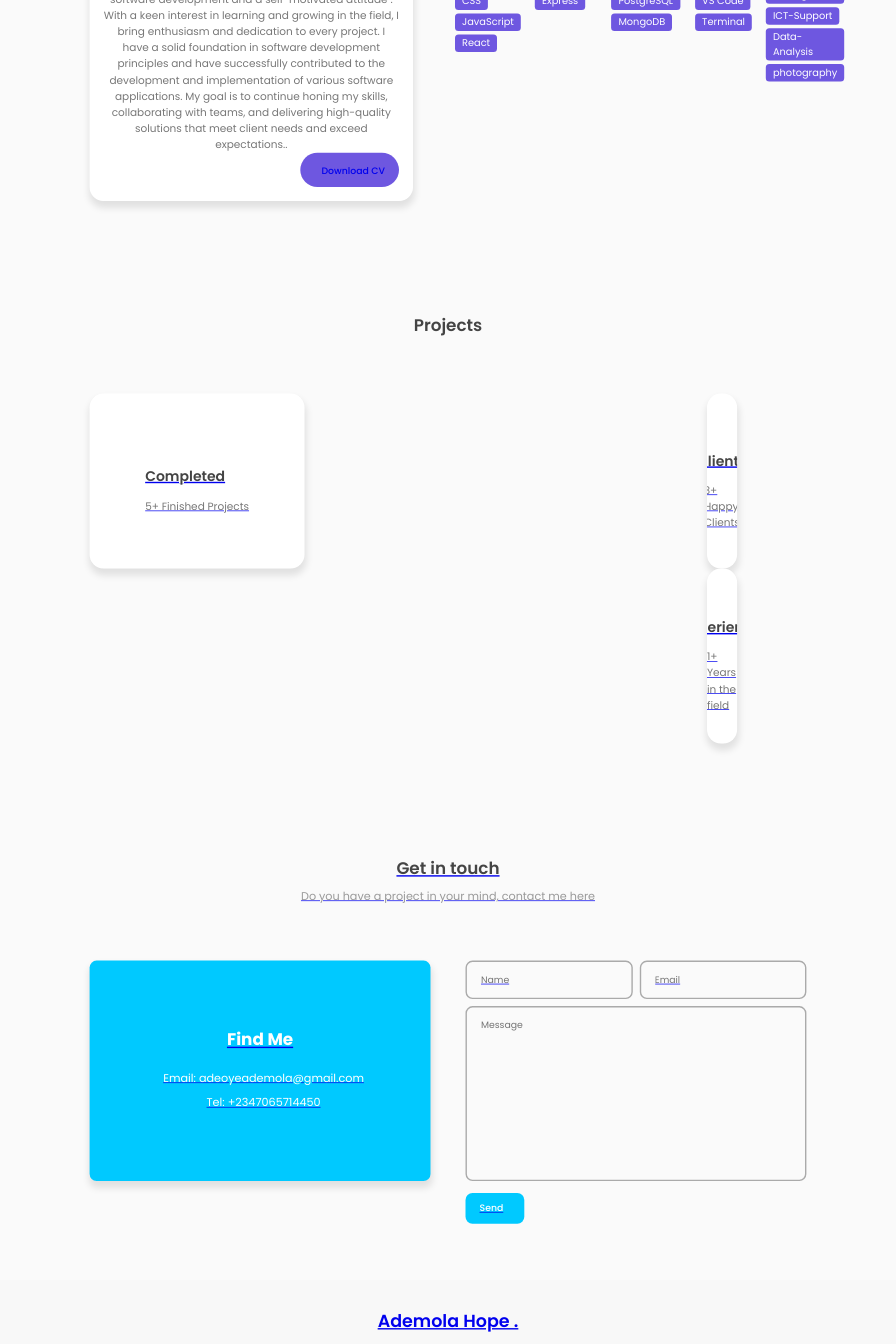
Repository: adehope1/My_Portfoilo
Page: port/index.html
These files come from the project's save history. The page is drawn as it stood at one moment and after the next save; the edit follows.
The browser window is 1280 px wide. The pictures show the part of the page from y = 1025 to 2945 px (the page is 3178 px tall before and 2928 px after), at 70% of full size.
Some icons come from a web library that is not loaded, so they are not drawn.

Above is the page before, as saved 2024-09-01 22:01:35.
Not found: port/assest/
Not found: port/assets/css/style.css
Not found: port/assets/js/main.js

### port/index.html
<!DOCTYPE html>
<html lang="en">
<head>
    <meta charset="UTF-8">
    <meta name="viewport" content="width=device-width, initial-scale=1.0">

    <!-- --------- UNICONS ---------- -->
    <link rel="stylesheet" href="https://unicons.iconscout.com/release/v4.0.8/css/line.css">

    <!-- --------- CSS ---------- -->
    <link rel="stylesheet" href="assets/css/style.css">

    <!-- --------- FAVICON ---------- -->
    <link rel="shortcut icon" href="assets/images/favicon.png" type="image/x-icon">
    <link rel="stylesheet" href="./index.css">

    <title>Portfolio</title>
</head>
<body>
   <div class="container">
    <!-- --------------- HEADER --------------- -->
      <nav id="header">
        <div class="nav-logo">
            <p class="nav-name">Mr Hope</p>
            <span>.</span>
        </div>
        <div class="nav-menu" id="myNavMenu">
            <ul class="nav_menu_list">
                <li class="nav_list">
                    <a href="#home" class="nav-link active-link">Home</a>
                    <div class="circle"></div>
                </li>
                <li class="nav_list">
                    <a href="#about" class="nav-link">About</a>
                    <div class="circle"></div>
                </li>
                <li class="nav_list">
                    <a href="#projects" class="nav-link">Projects</a>
                    <div class="circle"></div>
                </li>
                <li class="nav_list">
                    <a href="#contact" class="nav-link">Contact</a>
                    <div class="circle"></div>
                </li>
            </ul>
        </div>
        <div class="nav-button">
            <button class="btn"><i class="uil uil-file-alt"></i><a href="./assest/documents/tech-cve.pdf" download="tech-cve" style="text-decoration: none;">Download CV</a></button>
        </div>
        <div class="nav-menu-btn">
            <i class="uil uil-bars" onclick="myMenuFunction()"></i>
        </div>
      </nav>


    <!-- -------------- MAIN ---------------- -->
    <main class="wrapper">
       <!-- -------------- FEATURED BOX ---------------- -->
       <section class="featured-box" id="home">
          <div class="featured-text">
            <div class="featured-text-card">
                <span>Ademola Hope</span>
            </div>
            <div class="featured-name">
                <p>I'm <span class="typedText">Developer</span></p>
            </div>
            <div class="featured-text-info">
                <p>Experienced frontend developer with a passion for creating visually stunning
                   and user-friendly websites.
                </p>
            </div>
            <div class="featured-text-btn">
                <button class="btn blue-btn">Hire Me</button>
                <button class="btn"><i class="uil uil-file-alt"></i><a href="./assest/documents/tech-cve.pdf" download="tech-cve" style="text-decoration: none;">Download CV</a></button>
            </div>
            <div class="social_icons">
                <div class="icon"><i class="uil uil-instagram"></i></div>
                <div class="icon"><i class="uil uil-linkedin-alt"></i></div>
                <div class="icon"><i class="uil uil-dribbble"></i></div>
                <div class="icon"><i class="uil uil-github-alt"></i></div>
            </div>
          </div>
          <div class="featured-image">
            <div class="image">
                <img src="./assest/image/Mr Hope.jpg" alt="avatar">
            </div>
          </div>
          <div class="scroll-icon-box">
            <a href="#about" class="scroll-btn">
                <i class="uil uil-mouse-alt"></i>
                <p>Scroll Down</p>
            </a>
          </div>

       </section>
       <!-- -------------- ABOUT BOX ---------------- -->
       <section class="section" id="about">
          <div class="top-header">
            <h1>About Me</h1>
          </div>
          <div class="row">
            <div class="col">
                <div class="about-info">
                    <h3>My introduction</h3>
                    <p>I am a detail-oriented professional with a passion for software development and a self-motivated attitude . With a keen interest in learning and growing in the field, I bring enthusiasm and dedication to every project. I have a solid foundation in software development principles and have successfully contributed to the development and implementation of various software applications. My goal is to continue honing my skills, collaborating with teams, and delivering high-quality solutions that meet client needs and exceed expectations..
                    </p>
                    <div class="about-btn">
                        <button class="btn"><i class="uil uil-import"></i><a href="./assest/documents/tech-cve.pdf" download="tech-cve" style="text-decoration: none;">Download CV</a></button>
                    </div>
                </div>
            </div>
            <div class="col">
                <div class="skills-box">
                    <div class="skills-header">
                        <h3>Frontend</h3>
                    </div>
                    <div class="skills-list">
                        <span>HTML</span>
                        <span>CSS</span>
                        <span>JavaScript</span>
                        <span>React</span>
                    </div>
                </div>
                <div class="skills-box">
                    <div class="skills-header">
                        <h3>Backend</h3>
                    </div>
                    <div class="skills-list">
                        <span>Node</span>
                        <span>Express</span>
                    </div>
                </div>
                <div class="skills-box">
                    <div class="skills-header">
                        <h3>Database</h3>
                    </div>
                    <div class="skills-list">
                        <span>MySQL</span>
                        <span>PostgreSQL</span>
                        <span>MongoDB</span>
                    </div>
                </div>
                <div class="skills-box">
                    <div class="skills-header">
                        <h3>Tools</h3>
                    </div>
                    <div class="skills-list">
                        <span>Git</span>
                        <span>VS Code</span>
                        <span>Terminal</span>
                    </div>
                </div>
                <div class="skills-box">
                    <div class="skills-header">
                        <h3>Others</h3>
                    </div>
                    <div class="skills-list">
                        <span>Technical-Writing</span>
                        <span>ICT-Support</span>
                        <span>Data-Analysis</span>
                        <span>photography</span>
                    </div>

                </div>
            </div>
          </div>
       </section>

       <!-- -------------- PROJECT BOX ---------------- -->

       <section class="section" id="projects">
          <div class="top-header">
              <h1>Projects</h1>
          </div>
          <div class="project-container">
            <div class="project-box">
                <i class="uil uil-briefcase-alt"><a href="./assest/index2.html" target="_blank"></i>
                <h3>Completed</h3>
                <label>5+ Finished Projects</label>
            </div>
            <div class="project-box">
                <i class="uil uil-users-alt"></i>
                <h3>Clients</h3>
                <label>3+ Happy Clients</label>
            </div>
            <div class="project-box">
                <i class="uil uil-award"></i>
                <h3>Experience</h3>
                <label>1+ Years in the field</label>
            </div>
          </div>
       </section>

       <!-- -------------- CONTACT BOX ---------------- -->

       <section class="section" id="contact">
          <div class="top-header">
            <h1>Get in touch</h1>
            <span>Do you have a project in your mind, contact me here</span>
          </div>
          <div class="row">
             <div class="col">
                <div class="contact-info">
                    <h2>Find Me <i class="uil uil-corner-right-down"></i></h2>
                    <p><i class="uil uil-envelope"></i> Email: adeoyeademola@gmail.com</p>
                    <p><i class="uil uil-phone"></i> Tel: +2347065714450</p>
                </div>
             </div>
             <div class="col">
                <div class="form-control">
                    <div class="form-inputs">
                        <input type="text" class="input-field" placeholder="Name">
                        <input type="text" class="input-field" placeholder="Email">
                    </div>
                    <div class="text-area">
                        <textarea placeholder="Message"></textarea>
                    </div>
                    <div class="form-button">
                        <button class="btn">Send <i class="uil uil-message"></i></button>
                    </div>
                </div>
             </div>
          </div>
       </section>

    </main>


    <!-- --------------- FOOTER --------------- -->
    <footer>
        <div class="top-footer">
            <p>Ademola Hope .</p>
        </div>
        <div class="middle-footer">
            <ul class="footer-menu">
                <li class="footer_menu_list">
                    <a href="#home">Home</a>
                </li>
                <li class="footer_menu_list">
                    <a href="#about">About</a>
                </li>
                <li class="footer_menu_list">
                    <a href="#projects">Projects</a>
                </li>
                <li class="footer_menu_list">
                    <a href="#contact">Contact</a>
                </li>
            </ul>
        </div>
        <div class="footer-social-icons">
            <div class="icon"><i class="uil uil-linkedin-alt"></i></div>
            <div class="icon"><a href="https://github.com/adehope1/" target="_blank"><i class="uil uil-github-alt" ></i></a></div>
        </div>
        <div class="bottom-footer">
            <p>Copyright &copy; <a href="#home" style="text-decoration: none;">Ademola Hope</a> - All rights reserved</p>
        </div>
    </footer>

    </div>




    <!-- ----- TYPING JS Link ----- -->
     <script src="./assest/"></script>

       <!-- ----- SCROLL REVEAL JS Link----- -->
    <script src="https://unpkg.com/scrollreveal"></script>

    <!-- ----- MAIN JS ----- -->
    <script src="assets/js/main.js"></script>
</body>
</html>

Loaded but not shown: port/index.css (638 lines, source omitted)

After the next save:
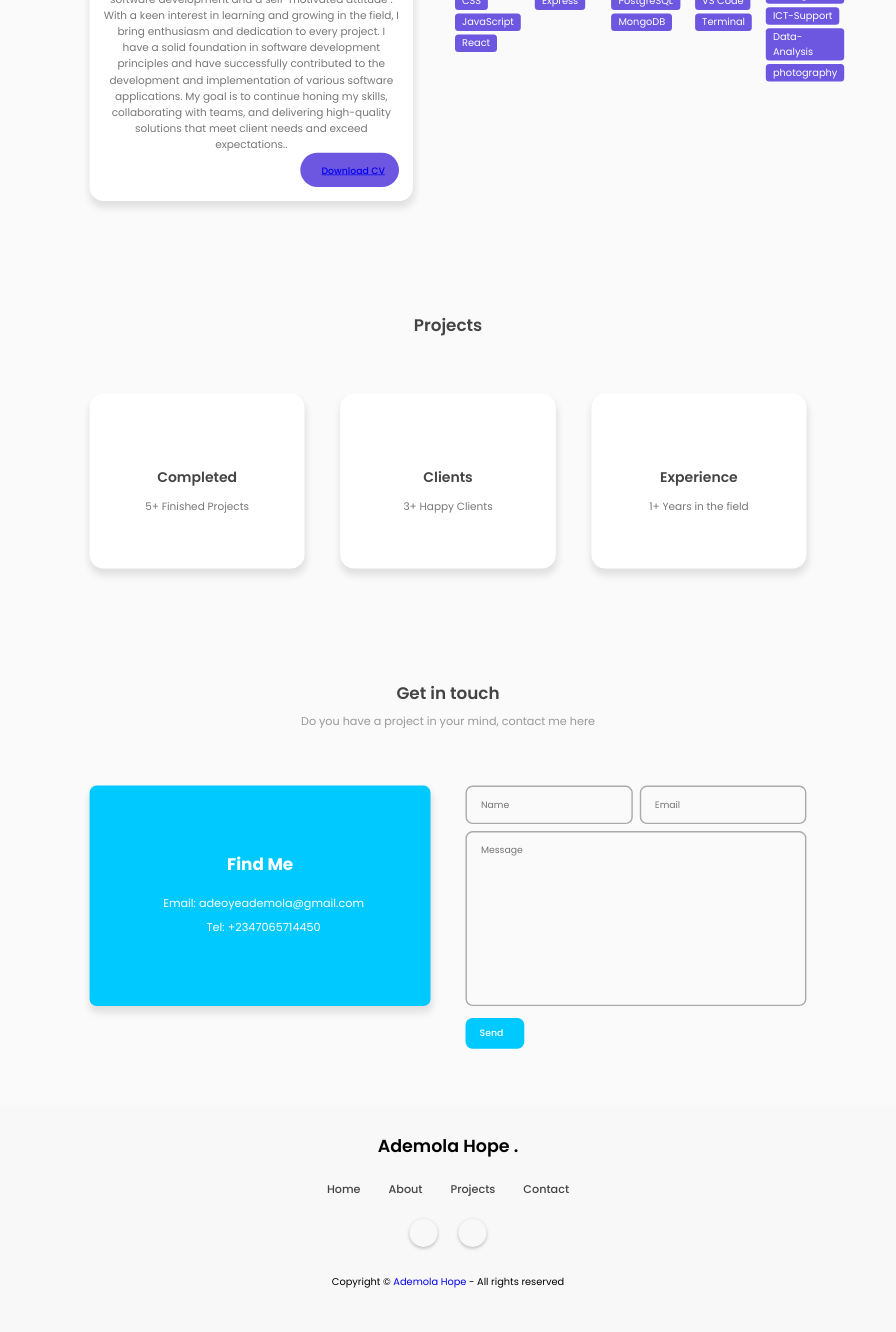
Saved 26 s later.
--- a/port/index.html
+++ b/port/index.html
@@ -105,7 +105,7 @@
                     <p>I am a detail-oriented professional with a passion for software development and a self-motivated attitude . With a keen interest in learning and growing in the field, I bring enthusiasm and dedication to every project. I have a solid foundation in software development principles and have successfully contributed to the development and implementation of various software applications. My goal is to continue honing my skills, collaborating with teams, and delivering high-quality solutions that meet client needs and exceed expectations..
                     </p>
                     <div class="about-btn">
-                        <button class="btn"><i class="uil uil-import"></i><a href="./assest/documents/tech-cve.pdf" download="tech-cve" style="text-decoration: none;">Download CV</a></button>
+                        <button class="btn"><i class="uil uil-import"></i><a href="./assest/documents/tech-cve.pdf" download="tech-cve" style="">Download CV</a></button>
                     </div>
                 </div>
             </div>
@@ -174,7 +174,7 @@
           </div>
           <div class="project-container">
             <div class="project-box">
-                <i class="uil uil-briefcase-alt"><a href="./assest/index2.html" target="_blank"></i>
+                <i class="uil uil-briefcase-alt"></i>
                 <h3>Completed</h3>
                 <label>5+ Finished Projects</label>
             </div>
